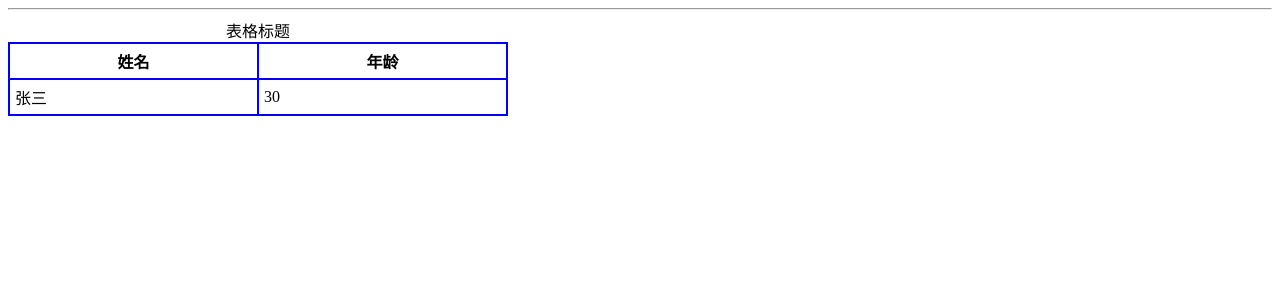
Repository: tangchengjingwen/javaLearningCode
Page: javaLearningCode/day29_html/table.html
The author's editor kept a copy of each file at every save. The page is drawn from the files as they stood at one save, then again after the next save.
The browser window is 1280 px wide. The pictures show the whole page.

Above is the page before, as saved 2012-05-13 06:31:26.

After the next save:
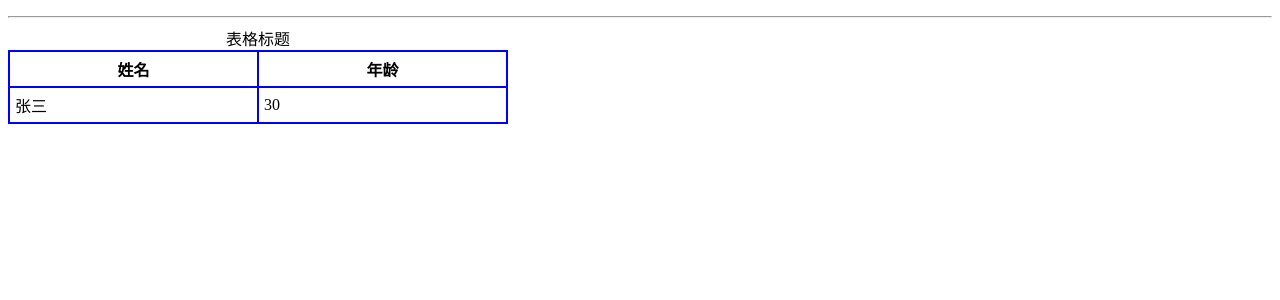
Saved 27 s later.
--- a/javaLearningCode/day29_html/table.html
+++ b/javaLearningCode/day29_html/table.html
@@ -6,7 +6,7 @@
 	</head>
 	<body>
 
-
+		<table></table>
 		<HR/>
 
 		<table border="1" bordercolor="blue" cellpadding="5" cellspacing="0" width="500" >
